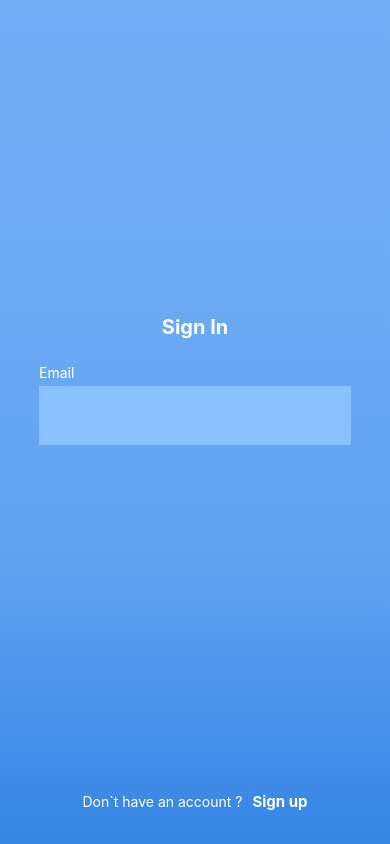
Repository: kamarajcalm/loginpage
Screen: /
An editor plug-in stored every save of this project. The screen is shown before and after the next save, followed by the edit.
The app was drawn by React Native's web renderer in a window 390 px wide. The project was rebuilt for these pictures with package versions that can differ from the ones it lists, and the page was loaded fresh each time.

Above is the screen before, as saved 2021-12-26 00:01:11.

After the next save:
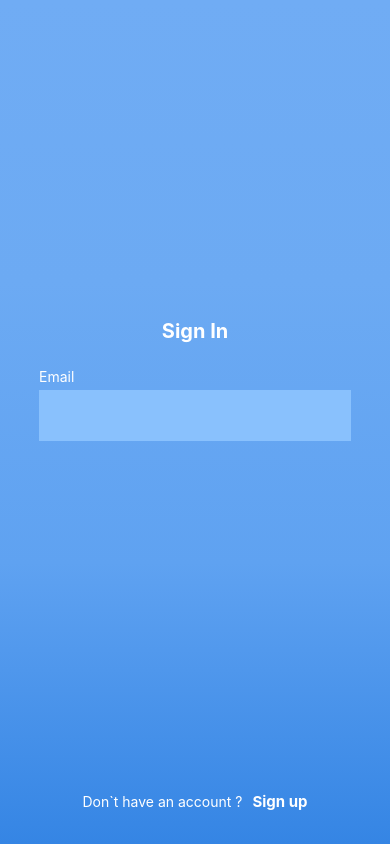
Saved 9 s later.
--- a/App.js
+++ b/App.js
@@ -60,7 +60,7 @@ const styles = StyleSheet.create({
     justifyContent: "center"
   },
   textBox: {
-    height: height * 0.07,
+    height: height * 0.06,
     width: width * 0.8,
     flexDirection: "row",
     backgroundColor: "#89C1FD",
